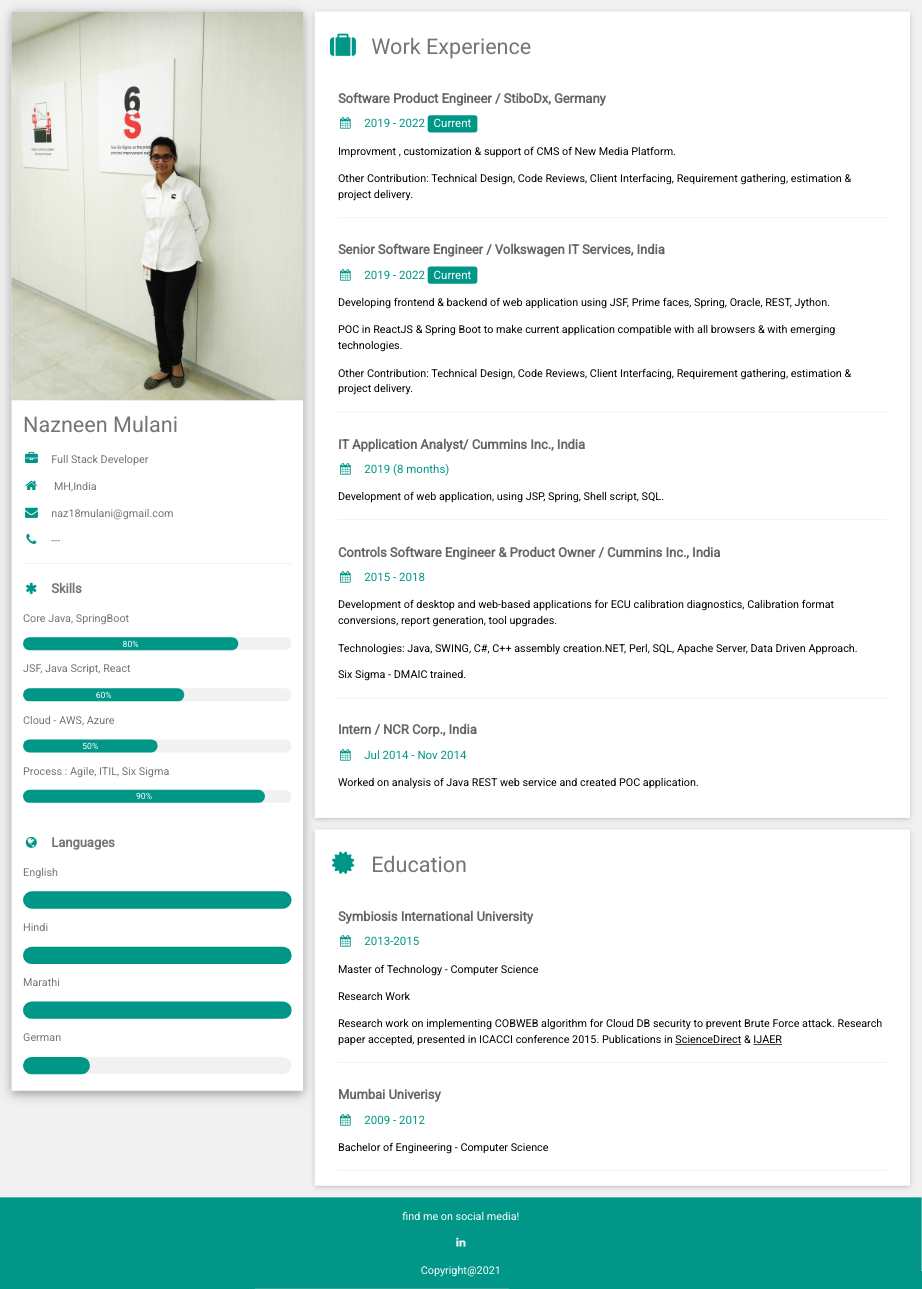
Repository: nazneenprojects/nazneen.github.io
Page: index.html
These files come from the project's save history. The page is drawn as it stood at one moment and after the next save; the edit follows.
The browser window is 1280 px wide. The pictures show the whole page, at 72% of full size.

Above is the page before, as saved 2023-07-08 15:47:36.

After the next save:
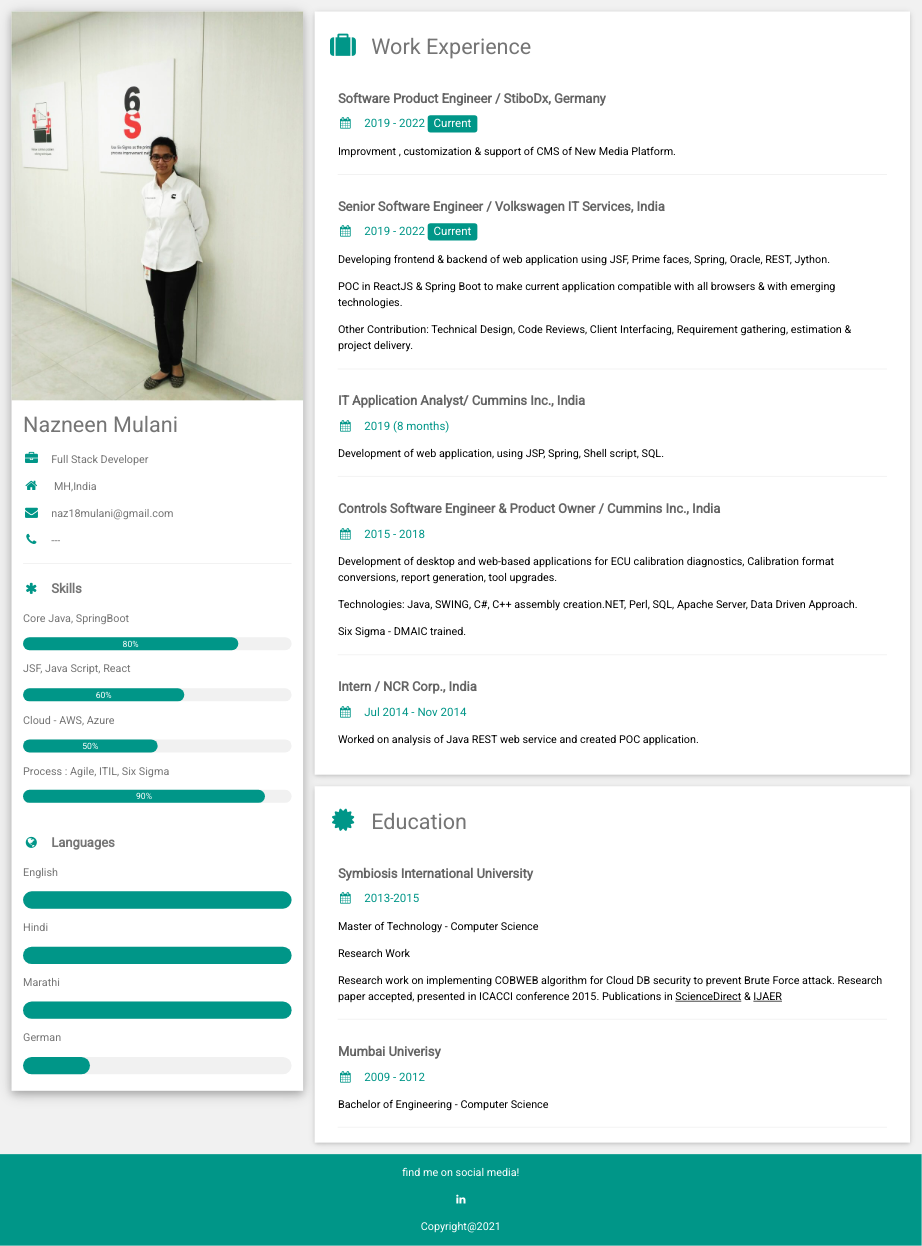
Saved 27 s later.
--- a/index.html
+++ b/index.html
@@ -88,7 +88,6 @@
           <h5 class="w3-opacity"><b>Software Product Engineer / StiboDx, Germany</b></h5>
           <h6 class="w3-text-teal"><i class="fa fa-calendar fa-fw w3-margin-right"></i>2019 - 2022 <span class="w3-tag w3-teal w3-round">Current</span></h6>
           <p> Improvment , customization & support of CMS of New Media Platform.</p>
-          <p>Other Contribution: Technical Design, Code Reviews, Client Interfacing, Requirement gathering, estimation & project delivery.</p>
           <hr>
         </div>
         <div class="w3-container">
